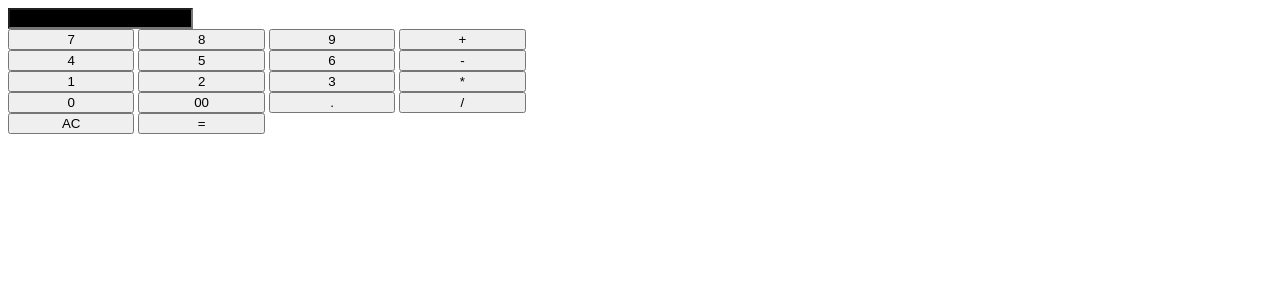
Repository: yamadayurika/rails
Page: Calculator/calculator.html
The author's editor kept a record of every edit. The page is drawn from the files as they stood at one moment, then again after the next edit.
The browser window is 1280 px wide. The pictures show the whole page.

Above is the page before.

After the next edit:
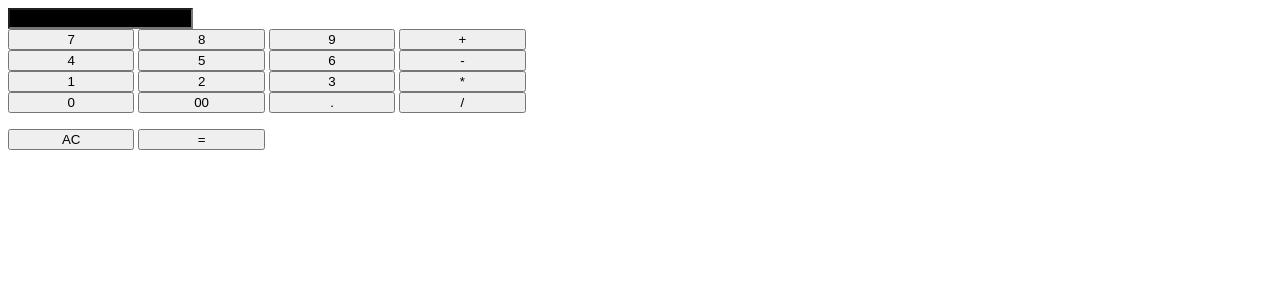
The edit:
--- a/Calculator/calculator.html
+++ b/Calculator/calculator.html
@@ -31,7 +31,7 @@
     <input type="button" value="." onclick="edit(this)">
     <input type="button" value="/" onclick="edit(this)">
   </div>
-  <div>
+  <p>
     <input type="button" value="AC" onclick="clearAll()">
     <input type="button" value="=" onclick="calc()">
   </div>

After the 2 edits that followed:
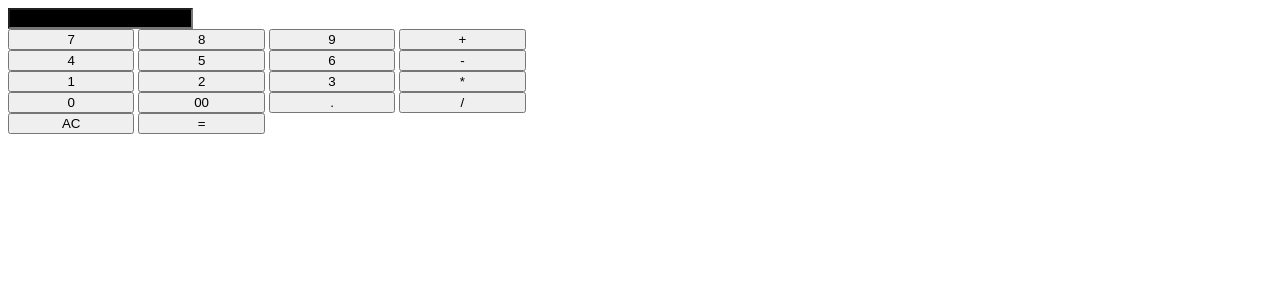
The 2 edits are shown as one change because 1 left the picture as it was.
The edit:
--- a/Calculator/calculator.html
+++ b/Calculator/calculator.html
@@ -31,10 +31,10 @@
     <input type="button" value="." onclick="edit(this)">
     <input type="button" value="/" onclick="edit(this)">
   </div>
-  <p>
+  <div>
     <input type="button" value="AC" onclick="clearAll()">
     <input type="button" value="=" onclick="calc()">
-  </div>
+  </p>
 
   <script language="javascript" type="text/javascript">
     var result = document.getElementById("result");
